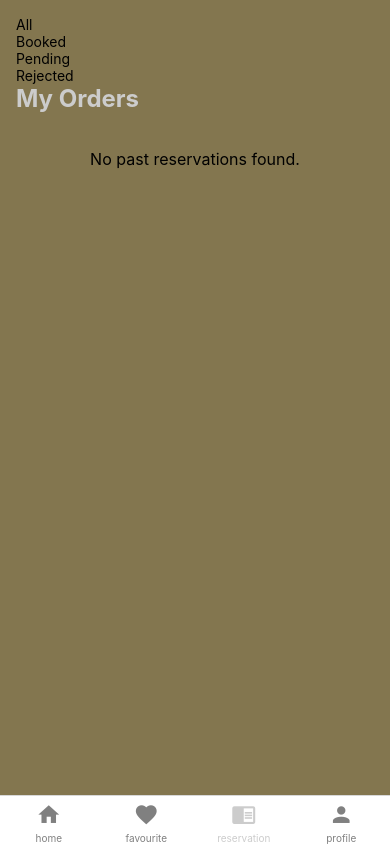
Repository: TemoshoS/restaurant-app
Screen: /reservation
The author's editor kept a copy of each file at every save. The screen is drawn from the files as they stood at one save, then again after the next save.
The page's requests for data from a server got no answer. The app was drawn by React Native's web renderer in a window 390 px wide. The project was rebuilt for these pictures with package versions that can differ from the ones it lists, and the page was loaded fresh each time. No one was signed in, and anything a server would have sent is missing. Also part of the build but not shown: Screens/LoginScreen.js, Screens/RegisterScreen.js, components/navbar.js, components/search.js, Screens/RestaurantScreen.js, Screens/RestaurantDetailsScreen.js, Screens/MenuScreen.js, Screens/ReservationScreen.js and 5 more.

Above is the screen before, as saved 2024-01-04 11:59:26.

### App.js
// Import necessary components and modules
import React, { useEffect, useState } from 'react';
import { StyleSheet } from 'react-native';
import { NavigationContainer } from '@react-navigation/native';
import { createStackNavigator } from '@react-navigation/stack';
import { createBottomTabNavigator } from '@react-navigation/bottom-tabs';
import LoginScreen from './Screens/LoginScreen';
import HomeScreen from './Screens/HomeScreen';
import RegisterScreen from './Screens/RegisterScreen';
import RestaurantScreen from './Screens/RestaurantScreen';
import RestaurantDetailsScreen from './Screens/RestaurantDetailsScreen';
import MenuScreen from './Screens/MenuScreen';
import ReservationScreen from './Screens/ReservationScreen';
import PastReserevationScreen from './Screens/PastReserevationScreen';
import ProfileScreen from './Screens/ProfileScreen';
import store from './store/store';
import { Provider } from 'react-redux';
import MaterialCommunityIcons from 'react-native-vector-icons/MaterialCommunityIcons';
import FavoriteRestaurantScreen from './Screens/FavoriteRestaurantScreen';
import ForgotPasswordScreen from './Screens/ForgotPasswordScreen'
import Dashboard from './Screens/Dashboard';
import EditProfileScreen from './Screens/editProfileScreen';
import { auth } from './config/firebase';

const Stack = createStackNavigator();
const Tab = createBottomTabNavigator();

export default function App() {
  const [isAdmin, setIsAdmin] = useState(false);

  useEffect(() => {
    const checkAdminStatus = async () => {
      const user = auth.currentUser;
      const isAdminUser = user ? user.email === 'temosho@admin.co' : false;
      setIsAdmin(isAdminUser);
      console.log('isAdmin:', isAdminUser);
    };

    checkAdminStatus();
  }, []);

  function MainStack() {
    return (
      <Stack.Navigator initialRouteName='Welcome'>
        <Stack.Screen name="Restaurants" component={RestaurantScreen} options={{ headerShown: false }} />
        <Stack.Screen name='Welcome' component={HomeScreen} options={{ headerShown: false }} />
        <Stack.Screen name='editProfile' component={EditProfileScreen} options={{ headerShown: true }} />
        <Stack.Screen name='Login' component={LoginScreen} options={{ headerShown: false }} />
        <Stack.Screen name='Register' component={RegisterScreen} options={{ headerShown: false }} />
        <Stack.Screen name='Restaurant info' component={RestaurantDetailsScreen} options={{
          headerShown: true,
          headerStyle: {
            backgroundColor: '#fff',
          },
          headerTitle: 'Back',
          headerTitleStyle: {
            color: '#ccc',
            fontWeight: 'bold',
            fontSize: 18,
          },
          headerTintColor: '#F3EEEA',
          headerBackTitleVisible: false,
          headerBackImage: () => (
            <MaterialCommunityIcons name="arrow-left" size={24} color="#ccc" />
          ),
        }}  />
        <Stack.Screen name='Menu' component={MenuScreen} options={{
          headerShown: false,
          headerStyle: {
            backgroundColor: '#fff',
          },
          headerTitle: 'Back',
          headerTitleStyle: {
            color: '#ccc',
            fontWeight: 'bold',
            fontSize: 18,
          },
          headerTintColor: '#ccc',
          headerBackTitleVisible: false,
          headerBackImage: () => (
            <MaterialCommunityIcons name="arrow-left" size={24} color="#F3EEEA" />
          ),
        }} />
        {!isAdmin && (
          <Stack.Screen name='ReservationScreen' component={ReservationScreen} options={{
            headerShown: false,
            headerStyle: {
              backgroundColor: '#fff',
            },
            headerTitle: 'Back',
            headerTitleStyle: {
              color: '#ccc',
              fontWeight: 'bold',
              fontSize: 18,
            },
            headerTintColor: '#ccc',
            headerBackTitleVisible: false,
            headerBackImage: () => (
              <MaterialCommunityIcons name="arrow-left" size={24} color="ccc" />
            ),
          }}/>
        )}
        <Stack.Screen name='profile' component={ProfileScreen} options={{ headerShown: false }} />
        <Stack.Screen name='dashboard' component={Dashboard} options={{ headerShown: false }} />
        <Stack.Screen name='login' component={ForgotPasswordScreen} options={{ headerShown: true}} />
      </Stack.Navigator>
    );
  }

  function TabNavigator() {


    return (
      <Tab.Navigator
        tabBarOptions={{
          activeTintColor: '#ccc',
          inactiveTintColor: 'gray',
        }}
      >
        <Tab.Screen
          name="home"
          component={MainStack}
          options={{
            headerShown: false,
            tabBarIcon: ({ color, size }) => (
              <MaterialCommunityIcons name="home" color={color} size={size} />
            ),
          }}
        />
        {!isAdmin && (
          <Tab.Screen
            name="favourite"
            component={FavoriteRestaurantScreen}
            options={{
              headerShown: false,
              tabBarIcon: ({ color, size }) => (
                <MaterialCommunityIcons name="heart" color={color} size={size} />
              ),
            }}
          />
        )}
        {!isAdmin && (
          <Tab.Screen
            name="reservation"
            component={PastReserevationScreen}
            options={{
              headerShown: false,
              tabBarIcon: ({ color, size }) => (
                <MaterialCommunityIcons name="book-open" color={color} size={size} />
              ),
            }}
          />
        )}
        <Tab.Screen
          name="profile"
          component={ProfileScreen}
          options={{
            headerShown: false,
            tabBarIcon: ({ color, size }) => (
              <MaterialCommunityIcons name="account" color={color} size={size} />
            ),
          }}
        />
      </Tab.Navigator>
    );
  }

  return (
    <Provider store={store}>
      <NavigationContainer>
        <TabNavigator />
      </NavigationContainer>
    </Provider>
  );
}

const styles = StyleSheet.create({
  container: {
    flex: 1,
    backgroundColor: 'black',
    alignItems: 'center',
    justifyContent: 'center',
  },
});

### Screens/HomeScreen.js
import { StyleSheet, Text, View, Image, TouchableOpacity } from 'react-native'
import { useState, useEffect } from 'react';
import { FontAwesome } from '@expo/vector-icons';
import { getAuth, onAuthStateChanged } from 'firebase/auth';
import { useNavigation } from '@react-navigation/native';


const HomeScreen = () => {
    const [user, setUser] = useState(null);
    const navigation = useNavigation();

    useEffect(() => {
        const auth = getAuth();


        const unsubscribe = onAuthStateChanged(auth, (authUser) => {
          if (authUser) {
            setUser(authUser);
          } else {
            setUser(null);
          }
        });

        return () => unsubscribe();
      }, []);




  return (
      <View style={styles.container}>

          <View >
              <FontAwesome style={styles.circle} name="circle" size={140} color="#D9D9D9" />
          </View>

          <Image
              source={require('../assets/cartoon-1299636_1920.png')}
              style={{ width: 200, height: 265.56 }}
          />


          <Text style={styles.welcomeTxt}>Welcome!</Text>
          <Text style={styles.dineTxt}>Dine with your friends</Text>


          <View>
              <TouchableOpacity
                  style={styles.getButton}
                  onPress={() => {
                      if (user) {
                          navigation.navigate('Restaurants')
                      } else {
                          navigation.navigate('Login')
                      }
                  }}
              >
                  <Text style={styles.getTxt}>Get started</Text>

              </TouchableOpacity>
          </View>

      </View>
  )
}

export default HomeScreen

const styles = StyleSheet.create({
    container:{
        flex:1,

        height: 932,
        justifyContent: 'center',
        alignItems:'center',
        backgroundColor: '#fff',
    },
    circle:{
        marginLeft: 370,
        marginTop: -160,

    },
    welcomeTxt:{
        fontSize: 64,
        fontFamily: 'italiana',
        marginTop: 100,
        color: 'gray',

    },
    dineTxt:{
        fontSize: 20,
        fontFamily: 'Nothing You Could Do',
        marginBottom: 150,
        color: '#ccc',

    },
    getButton:{
        alignItems: 'center',
        justifyContent: 'center',
        backgroundColor: '#ccc',
        width: 250,
        height: 60,
        borderRadius: 30
    },
    getTxt:{
        color: '#fff',
        fontSize: 20,
        fontWeight:'bold'
    }
})

### Screens/PastReserevationScreen.js
import React, { useEffect, useState } from 'react';
import { connect } from 'react-redux';
import { fetchPastReservations } from '../actions/reserveAction';
import { StyleSheet, Text, View, ScrollView, TouchableOpacity } from 'react-native';
import { Table, Row } from 'react-native-table-component';
import { getAuth, onAuthStateChanged } from 'firebase/auth';

const PastReservationScreen = ({ pastReservations, fetchPastReservations }) => {
  const [currentUserId, setCurrentUserId] = useState(null);
  const [filterStatus, setFilterStatus] = useState(null);

  useEffect(() => {
    const auth = getAuth();
    const unsubscribe = onAuthStateChanged(auth, (user) => {
      if (user) {
        setCurrentUserId(user.uid);
        fetchPastReservations(user.uid);
      } else {
        setCurrentUserId(null);
      }
    });

    return () => unsubscribe();
  }, [fetchPastReservations]);

  const getStatusColor = (status) => {
    switch (status) {
      case 'booked':
        return 'green';
      case 'canceled':
        return 'red';
        case 'pending':
          return 'yellow';
          case 'rejected':
        return 'red';
      default:
        return '#E7E6E1';
    }
  };

  const handleFilter = (status) => {
    setFilterStatus(status);
  };

  const filteredReservations = filterStatus
    ? pastReservations.filter((reservation) => reservation.status === filterStatus)
    : pastReservations;

  return (
    <ScrollView style={styles.container}>
    <View style={styles.filterButtonsContainer}>
      <TouchableOpacity
        style={styles.filterButton}
        onPress={() => handleFilter(null)}
      >
        <Text style={styles.filterButtonText}>All</Text>
      </TouchableOpacity>
      <TouchableOpacity
        style={styles.filterButton}
        onPress={() => handleFilter('booked')}
      >
        <Text style={styles.filterButtonText}>Booked</Text>
      </TouchableOpacity>
      <TouchableOpacity
        style={styles.filterButton}
        onPress={() => handleFilter('pending')}
      >
        <Text style={styles.filterButtonText}>Pending</Text>
      </TouchableOpacity>
      <TouchableOpacity
        style={styles.filterButton}
        onPress={() => handleFilter('rejected')}
      >
        <Text style={styles.filterButtonText}>Rejected</Text>
      </TouchableOpacity>
    </View>

    <Text style={styles.title}>My Orders</Text>
    {filteredReservations.length > 0 ? (
      <View style={styles.tableContainer}>
        <Table borderStyle={{ borderWidth: 1, borderColor: '#C1C0B9' }}>
          {filteredReservations.map((reservation, index) => (
            <View key={index} style={styles.reservationCard}>
            <View style={styles.cardHeader}>
              <Text style={styles.reservationDate}>
                {reservation.dateTime}
                {/* {new Date(reservation.selectedDate.seconds * 1000).toLocaleDateString()} */}
              </Text>
              <Text style={styles.restaurantName}>{reservation.restName}</Text>
            </View>

            <Row
              data={['Location:', reservation.restLocation]}
              style={styles.tableRow}
              textStyle={styles.info}
            />
            <Row
              data={['Full Name:', reservation.fullName]}
              style={styles.tableRow}
              textStyle={styles.info}
            />
            <Row
              data={['Phone Number:', reservation.phone]}
              style={styles.tableRow}
              textStyle={styles.info}
            />
            <Row
              data={['Occasion:', reservation.occasion]}
              style={styles.tableRow}
              textStyle={styles.info}
            />
            <Row
              data={['Number of Guests:', reservation.numOfGuests]}
              style={styles.tableRow}
              textStyle={styles.info}
            />
            <Row
              data={['Status:', reservation.status]}
              style={[styles.tableRow, { backgroundColor: getStatusColor(reservation.status) }]}
              textStyle={styles.info}
            />
            {reservation.status === 'rejected' && (
              <Row
                data={['Reason:', reservation.reason]}
                style={styles.tableRow}
                textStyle={styles.info}
              />
            )}
          </View>
        ))}
      </Table>
    </View>
  ) : (
    <Text style={styles.emptyMessage}>No past reservations found.</Text>
  )}
</ScrollView>

  );
};

const mapStateToProps = (state) => ({
  pastReservations: state.reservation.pastReservations,
});

export default connect(mapStateToProps, { fetchPastReservations })(PastReservationScreen);

const styles = StyleSheet.create({
  container: {
    flex: 1,
    padding: 16,
    backgroundColor: '#83764F',
  },
  tableContainer: {
    marginTop: 16,
  },
  title: {
    fontSize: 24,
    fontWeight: 'bold',
    marginBottom: 16,
    color: '#ccc',
  },
  reservationCard: {
    backgroundColor: '#F3EEEA',
    borderRadius: 8,
    padding: 16,
    marginBottom: 16,
    shadowColor: '#000',
    shadowOffset: { width: 0, height: 2 },
    shadowOpacity: 0.2,
    shadowRadius: 4,
    elevation: 5,
  },
  cardHeader: {
    flexDirection: 'row',
    justifyContent: 'space-between',
    marginBottom: 12,

  },
  reservationDate: {
    fontSize: 18,
    color: '#83764F',
    fontWeight: 'bold',
  },
  restaurantName: {
    fontSize: 18,
    color: '#83764F',
    fontWeight: 'bold',
  },
  tableRow: {
    height: 40,
    backgroundColor: '#E7E6E1',
  },
  info: {
    fontSize: 16,
    textAlign: 'center',
  },
  emptyMessage: {
    fontSize: 16,
    textAlign: 'center',
    marginTop: 20,
  },
});

### store/store.js
import { createStore, applyMiddleware, combineReducers } from 'redux';
import thunk from 'redux-thunk';
import restaurantsReducer from '../reducers/restaurantsReducer';
import reserveReducer from '../reducers/reserveReducer';
import authReducer from '../reducers/authReducer';
import favoriteRestaurantsReducer from '../reducers/favoriteRestaurantsReducer';


const rootReducer = combineReducers({
  restaurants: restaurantsReducer,
  reservation: reserveReducer,
  auth: authReducer,
  favoriteRestaurants: favoriteRestaurantsReducer,

});

const store = createStore(rootReducer, applyMiddleware(thunk));

export default store;

### config/firebase.js
// Import the functions you need from the SDKs you need
import { initializeApp } from "firebase/app";
import { getAnalytics } from "firebase/analytics";

import {getAuth} from 'firebase/auth';
import {getFirestore} from 'firebase/firestore'
// TODO: Add SDKs for Firebase products that you want to use
// https://firebase.google.com/docs/web/setup#available-libraries

// Your web app's Firebase configuration
// For Firebase JS SDK v7.20.0 and later, measurementId is optional
const firebaseConfig = {
  apiKey: "AIzaSyDa4_cUmrR60k82VypxJ_US-F7FEiItCL4",
  authDomain: "restaurant-app-da7bc.firebaseapp.com",
  projectId: "restaurant-app-da7bc",
  storageBucket: "restaurant-app-da7bc.appspot.com",
  messagingSenderId: "598136487640",
  appId: "1:598136487640:web:f77577fdc1710db8c1a1ad",
  measurementId: "G-6D4DHL06Z0"
};

// Initialize Firebase
const app = initializeApp(firebaseConfig);
const analytics = getAnalytics(app);

const auth = getAuth(app)
const db = getFirestore(app)
export {auth, db}

### actions/authActions.js
import { sendPasswordResetEmail } from 'firebase/auth';
import { auth } from '../config/firebase';
import { getAuth, onAuthStateChanged, signOut } from 'firebase/auth';
export const LOGIN_SUCCESS = 'LOGIN_SUCCESS';
export const REGISTER_SUCCESS = 'REGISTER_SUCCESS';
export const FORGOT_PASSWORD_REQUEST = 'FORGOT_PASSWORD_REQUEST';
export const FORGOT_PASSWORD_SUCCESS = 'FORGOT_PASSWORD_SUCCESS';
export const FORGOT_PASSWORD_FAILURE = 'FORGOT_PASSWORD_FAILURE';
export const LOGOUT = 'LOGOUT';

export const loginSuccess = (user) => ({
  type: LOGIN_SUCCESS,
  payload: user,
});

export const registerSuccess = (user) => ({
  type: REGISTER_SUCCESS,
  payload: user,
});

export const forgotPasswordRequest = () => ({
  type: FORGOT_PASSWORD_REQUEST,
});

export const forgotPasswordSuccess = () => ({
  type: FORGOT_PASSWORD_SUCCESS,
});

export const forgotPasswordFailure = (error) => ({
  type: FORGOT_PASSWORD_FAILURE,
  payload: error,
});

export const forgotPassword = (email) => {
  return async (dispatch) => {
    dispatch(forgotPasswordRequest());

    try {
      await sendPasswordResetEmail(auth, email);
      dispatch(forgotPasswordSuccess());
    } catch (error) {
      dispatch(forgotPasswordFailure(error));
    }
  };
};

export const logout = () => ({
  type: LOGOUT,
});

### actions/restaurant.js
import { db } from "../config/firebase";
import { collection ,getDocs} from "firebase/firestore";

export const FETCH_RESTAURANTS = 'FETCH_RESTAURANTS';

export const fetchRestaurants = () => {
  return async (dispatch) => {
    const restaurantsCollection = collection(db, 'restaurants');
    const snapshot = await getDocs(restaurantsCollection);
    const restaurants = [];
    snapshot.forEach((doc) => {
      restaurants.push(doc.data());
    });
    dispatch({ type: FETCH_RESTAURANTS, payload: restaurants });
  };
};

### actions/reserveAction.js
import { db } from "../config/firebase";
import { collection, addDoc, getDocs, query, where } from "firebase/firestore";

export const RESERVE_SUCCESS = "RESERVE_SUCCESS";
export const RESERVE_FAILURE = "RESERVE_FAILURE";
export const FETCH_ALL_RESERVATIONS = 'FETCH_ALL_RESERVATIONS';
export const FETCH_PAST_RESERVATIONS = 'ETCH_PAST_RESERVATIONS';


export const reserveTable = (reservationData) => {
  return async (dispatch) => {
    try {
      // Save the reservation data to Firestore
      const ordersCollection = collection(db, "Orders");
      const docRef = await addDoc(ordersCollection, reservationData);


      dispatch({ type: RESERVE_SUCCESS, payload: docRef });
    } catch (error) {

      dispatch({ type: RESERVE_FAILURE, payload: error.message });
    }
  };
};

export const fetchPastReservations = (userId) => {
  return async (dispatch) => {
    try {

      //query to fetch reservations based on the userId
      const reservationsCollection = collection(db, 'Orders');
      const userQuery = query(reservationsCollection, where('userId', '==', userId));

      const snapshot = await getDocs(userQuery);

      const pastReservations = [];
      snapshot.forEach((doc) => {
        pastReservations.push(doc.data());
      });


      dispatch({ type: FETCH_PAST_RESERVATIONS, payload: pastReservations });
    } catch (error) {
      // Handle errors
      console.error('Error fetching past reservations:', error);
    }
  };
}


export const fetchAllReservations = () => {
  return async (dispatch) => {
    try {
      // Query to fetch all reservations
      const reservationsCollection = collection(db, 'Orders');
      const snapshot = await getDocs(reservationsCollection);
      const allReservations = [];

      snapshot.forEach((doc) => {
        allReservations.push(doc.data());
      });

      dispatch({ type: FETCH_ALL_RESERVATIONS, payload: allReservations });
    } catch (error) {
      console.error('Error fetching all reservations:', error);
    }
  };
};

### reducers/restaurantsReducer.js
import { FETCH_RESTAURANTS } from "../actions/restaurant";


const initialState = {
    restaurants: [],
};

const restaurantsReducer = (state = initialState, action) =>{

    switch (action.type) {
        case FETCH_RESTAURANTS:
          return { ...state, restaurants: action.payload };
        default:
          return state;
      }


};

export default restaurantsReducer;

### reducers/reserveReducer.js
import { RESERVE_SUCCESS, RESERVE_FAILURE, FETCH_PAST_RESERVATIONS,FETCH_ALL_RESERVATIONS } from "../actions/reserveAction";

const initialState = {
  reservationSuccess: null,
  reservationError: null,
  pastReservations: [],
  allReservations: [],
  loading: false,
};

const reserveReducer = (state = initialState, action) => {
  switch (action.type) {
    case RESERVE_SUCCESS:
      return { ...state, reservationSuccess: action.payload, reservationError: null };
    case RESERVE_FAILURE:
      return { ...state, reservationSuccess: null, reservationError: action.payload };
    case FETCH_PAST_RESERVATIONS:
      return { ...state, pastReservations: action.payload };
      case FETCH_ALL_RESERVATIONS:
        return { ...state, allReservations: action.payload, loading: false };
    default:
      return state;
  }
};

export default reserveReducer;

### reducers/authReducer.js
import {
  LOGIN_SUCCESS,
  REGISTER_SUCCESS,
  LOGOUT ,
  FORGOT_PASSWORD_REQUEST,
  FORGOT_PASSWORD_SUCCESS,
  FORGOT_PASSWORD_FAILURE,} from '../actions/authActions';

const initialState = {
  user: null,
  isAuthenticated: false,
  forgotPasswordLoading: false,
  forgotPasswordSuccess: false,
  forgotPasswordError: null,

};

const authReducer = (state = initialState, action) => {
  switch (action.type) {
    case LOGIN_SUCCESS:
    case REGISTER_SUCCESS:
      return {
        ...state,
        user: action.payload,
        isAuthenticated: true,
      };
      case FORGOT_PASSWORD_REQUEST:
        return {
          ...state,
          forgotPasswordLoading: true,
          forgotPasswordSuccess: false,
          forgotPasswordError: null,
        };
      case FORGOT_PASSWORD_SUCCESS:
        return {
          ...state,
          forgotPasswordLoading: false,
          forgotPasswordSuccess: true,
          forgotPasswordError: null,
        };
      case FORGOT_PASSWORD_FAILURE:
      return {
        ...state,
        forgotPasswordLoading: false,
        forgotPasswordSuccess: false,
        forgotPasswordError: action.payload,
      };
    case LOGOUT:
      return {
        ...state,
        user: null,
        isAuthenticated: false,
      };
    default:
      return state;
  }
};

export default authReducer;

### reducers/favoriteRestaurantsReducer.js
import { FETCH_FAV_RESTAURANTS } from "../actions/favoriteRestaurantActions";


const initialState = {
    favRestaurants: [],
};

const favRestaurantsReducer = (state = initialState, action) =>{

    switch (action.type) {
        case FETCH_FAV_RESTAURANTS:
          return { ...state, favRestaurants: action.payload };
        default:
          return state;
      }


};

export default favRestaurantsReducer;

### actions/favoriteRestaurantActions.js
import { db } from "../config/firebase";
import { collection ,getDocs} from "firebase/firestore";

export const FETCH_FAV_RESTAURANTS = 'FETCH_FAV_RESTAURANTS';

export const fetchFavouriteRestaurants = () => {
  return async (dispatch) => {
    const restaurantsCollection = collection(db, 'favouriteRestaurants');
    const snapshot = await getDocs(restaurantsCollection);
    const favRestaurants = [];
    snapshot.forEach((doc) => {
      favRestaurants.push(doc.data());
    });
    dispatch({ type: FETCH_FAV_RESTAURANTS, payload: favRestaurants });
  };
};

After the next save:
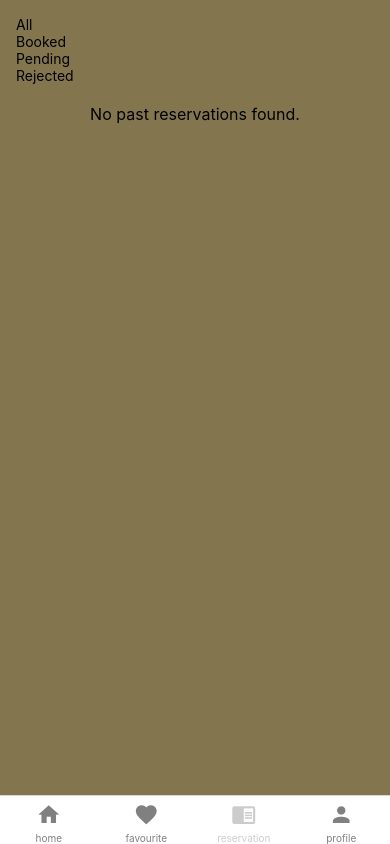
Saved 50 s later.
--- a/Screens/PastReserevationScreen.js
+++ b/Screens/PastReserevationScreen.js
@@ -75,7 +75,7 @@ const PastReservationScreen = ({ pastReservations, fetchPastReservations }) => {
       </TouchableOpacity>
     </View>
 
-    <Text style={styles.title}>My Orders</Text>
+
     {filteredReservations.length > 0 ? (
       <View style={styles.tableContainer}>
         <Table borderStyle={{ borderWidth: 1, borderColor: '#C1C0B9' }}>
